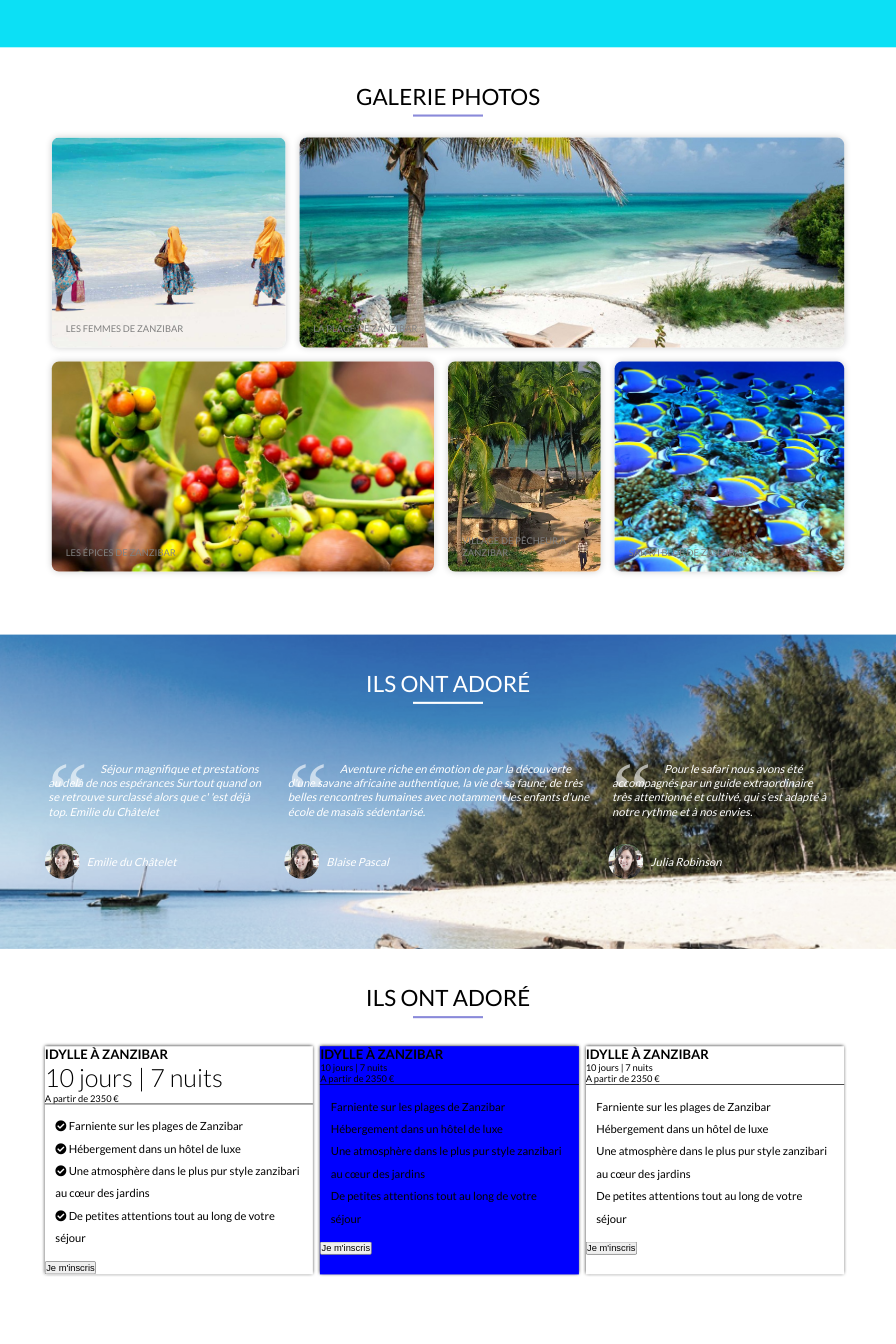
Repository: ypiard85/zanzibar
Page: index.html
The author's editor kept a copy of each file at every save. The page is drawn from the files as they stood at one save, then again after the next save.
The browser window is 1280 px wide. The pictures show the part of the page from y = 2482 to 4402 px (the page is 4402 px tall), at 70% of full size.
Some web fonts or font styles are not loaded; a fallback is used.

Above is the page before, as saved 2021-03-01 14:10:37.

After the next save:
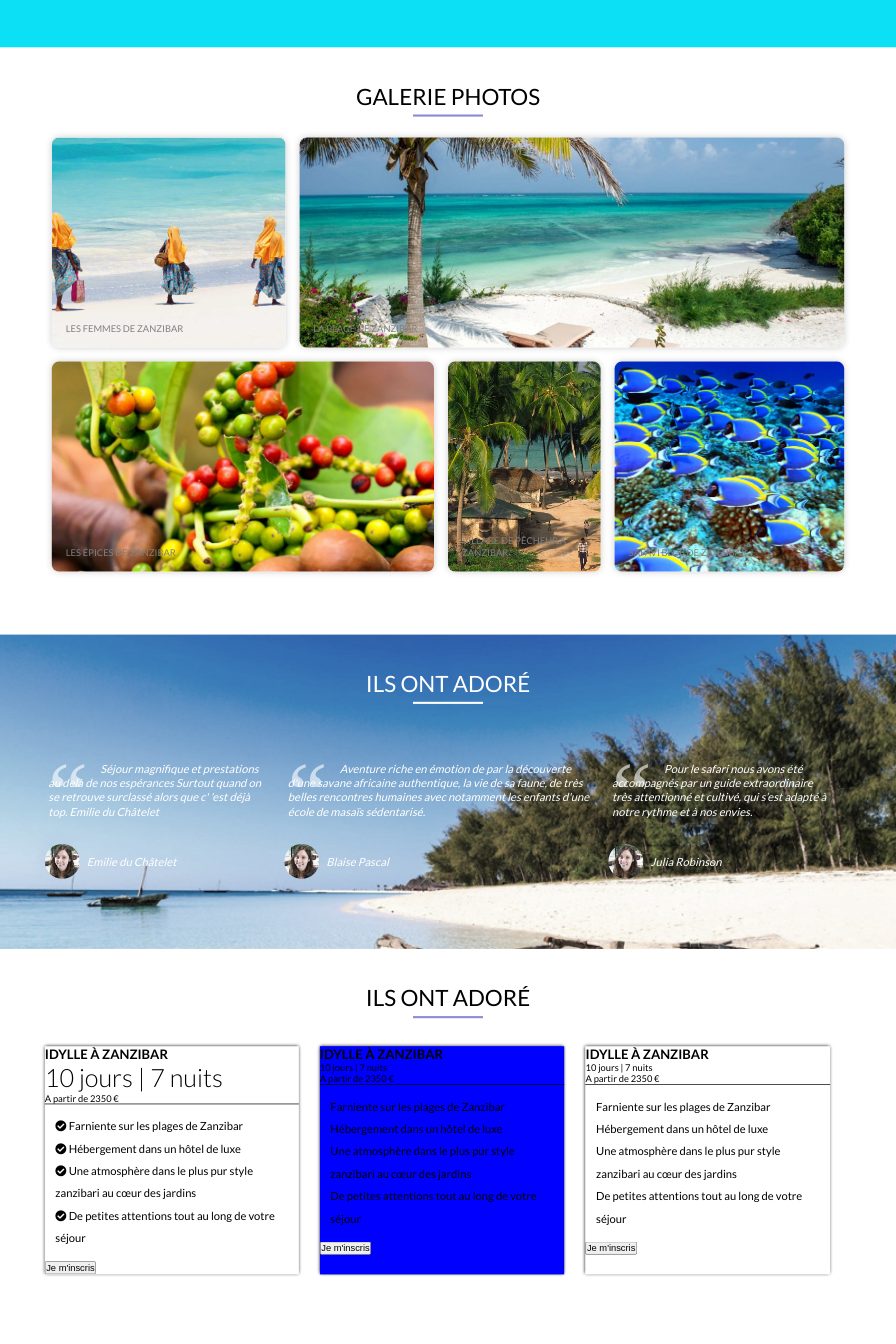
Saved 11 s later.
--- a/style.css
+++ b/style.css
@@ -368,7 +368,7 @@ section .title p {
 .card_option{
     background-color: white;
     box-shadow: 0 0 5px black;
-    margin-right: 10px;
+    margin-right: 30px;
 }
 
 .card_header h3{
